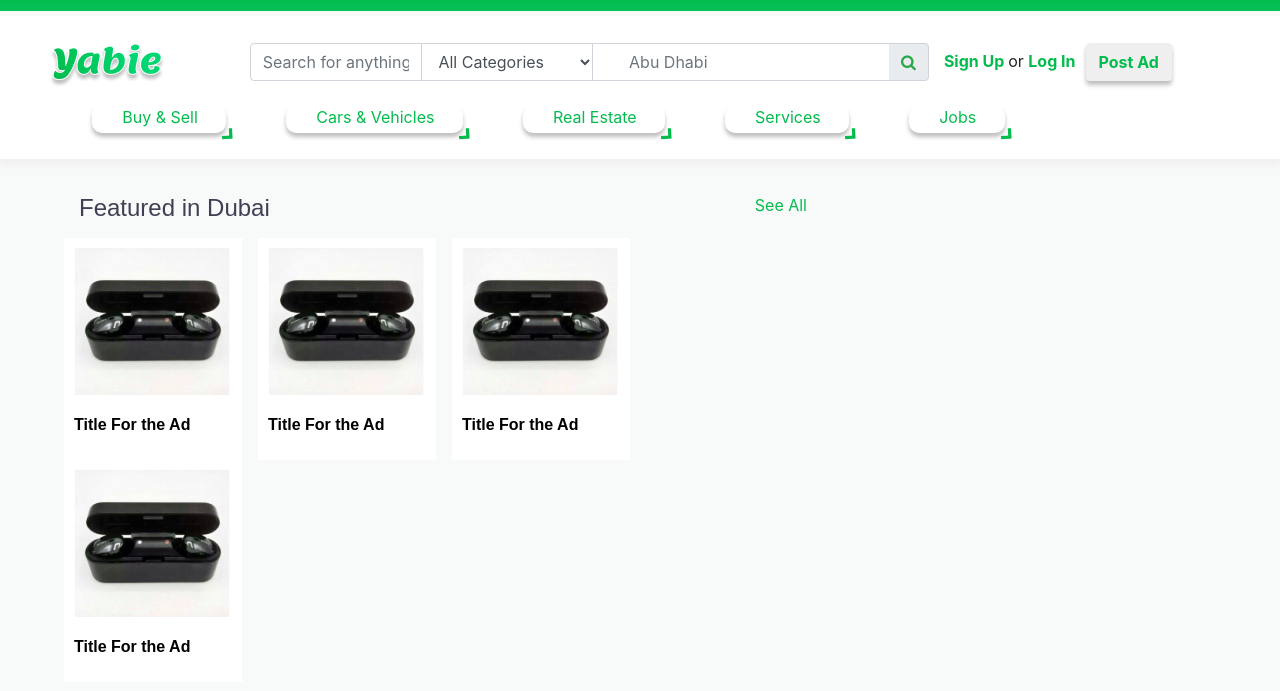
Repository: muazzamkha95/yabie
Page: homepage.html
An editor plug-in stored every save of this project. The page is shown before and after a run of saves, followed by the edit.
The browser window is 1280 px wide. The pictures show the whole page.

Above is the page before, as saved 2020-07-03 23:56:18.
Console error: TypeError: Cannot read properties of undefined (reading 'fn')

### homepage.html
<!DOCTYPE html>
<html lang="en">
<head>
    <meta charset="UTF-8">
    <meta name="viewport" content="width=device-width, initial-scale=1.0">
    <title>Home Page</title>

    <link rel="stylesheet" href="https://maxcdn.bootstrapcdn.com/bootstrap/4.0.0/css/bootstrap.min.css" integrity="sha384-Gn5384xqQ1aoWXA+058RXPxPg6fy4IWvTNh0E263XmFcJlSAwiGgFAW/dAiS6JXm" crossorigin="anonymous">
    <link rel="stylesheet" href="https://stackpath.bootstrapcdn.com/font-awesome/4.7.0/css/font-awesome.min.css" integrity="sha384-wvfXpqpZZVQGK6TAh5PVlGOfQNHSoD2xbE+QkPxCAFlNEevoEH3Sl0sibVcOQVnN" crossorigin="anonymous">
    <link href="css/main.css"  rel="stylesheet"></link>

</head>
<body>
        <div class="topBar"></div>
        <nav class="navbar">
            <div class="maincontainer">
                <div class="row">
                        <div class="col-md-2">
                            <img src="images/YabieLogo.png" alt="Yabie Logo" class="logo"/>
                        </div>
                        <div class="col-md-7">
                            <form class="form-inline" action="#">
                                <div class="input-group">
                                    <input type="text" class="form-control" placeholder="Search for anything" required>
                                    <select class="form-control border-right-0" required>
                                        <option>All Categories</option>
                                        <option value="a">A</option>
                                        <option value="b">B</option>
                                    </select>
                                    <div class="input-group">
                                        <div class="input-group-append">
                                            <span class="input-group-text bg-white text-success border-right-0"><i class="fa fa-map-marker-alt"></i></span>
                                        </div>
                                        <input type="text" class="form-control border-left-0 border-right-0" placeholder="Abu Dhabi" required>
                                        <div class="input-group-append">
                                            <button type="submit" class="input-group-text"><i class="fa fa-search text-success"></i></button>
                                        </div>
                                    </div>
                                </div>
                            </form>
                        </div>
                        <div class="col-md-3" >
                            <div class="row text-center">
                                <span style="padding-top: 6px;">
                                    <span class="btext"> Sign Up </span>  or <span class="btext">Log In</span>
                                </span>

                                <button class="btn btn-default btext pull-right boxshadow" style="margin-left: 10px;">Post Ad</button>
                            </div>
                        </div>

                </div>
                <div class="row mt-3" >
                    <span class="categoryTab">Buy & Sell <i class="keyboard_arrow_down_24px_rounded fa fa-chevron-right "></i></span>
                    <span class="categoryTab">Cars & Vehicles  <i class="keyboard_arrow_down_24px_rounded fa fa-chevron-right "></i></span>
                    <span class="categoryTab">Real Estate <i class="keyboard_arrow_down_24px_rounded fa fa-chevron-right "></i></span>
                    <span class="categoryTab">Services <i class="keyboard_arrow_down_24px_rounded fa fa-chevron-right "></i></span>
                    <span class="categoryTab">Jobs <i class="keyboard_arrow_down_24px_rounded fa fa-chevron-right "></i></span>
                </div>
            </div>
        </nav>

        <main  role="main" class="mainSection">
            <div class="row">
                <div class="col-md-8">
                    <div class="col-md-12">
                        <div class="row">
                            <div class="col-md-6 pull-left" >
                                <p class="sectionTitle">
                                    Featured in Dubai
                                </p>
                            </div>
                            <div class="col-md-6 pull-right" >
                                <p class="sectionSeeAll pull-right">See All</p>
                            </div>
                        </div>
                        <div class="row">
                            <div class="adcard  mr-3">
                                <img src="images/product.png">
                                <p class="adTitle">Title For the Ad</p>
                            </div>
                            <div class="adcard  mr-3">
                                <img src="images/product.png">
                                <p class="adTitle">Title For the Ad</p>
                            </div>
                            <div class="adcard  mr-3">
                                <img src="images/product.png">
                                <p class="adTitle">Title For the Ad</p>
                            </div>
                            <div class="adcard  mr-3">
                                <img src="images/product.png">
                                <p class="adTitle">Title For the Ad</p>
                            </div>

                        </div>
                    </div>


                </div>



                <!-- Ads Section -->
                <div class="col-md-4"></div>
            </div>

        </main>


</body>
<script src="https://maxcdn.bootstrapcdn.com/bootstrap/4.0.0/js/bootstrap.min.js" integrity="sha384-JZR6Spejh4U02d8jOt6vLEHfe/JQGiRRSQQxSfFWpi1MquVdAyjUar5+76PVCmYl" crossorigin="anonymous"></script>
<script src="js/main.js" type="text/javascript"></script>
</html>

### css/main.css
/* Body */
*{
    padding: 0;
    margin: 0;
}
body{
    background: #F8F9F9;

}

/* Main navbar css */

.topBar{

    position: absolute;
    width: 100%;
    height: 11px;
    left: 0px;
    top: 0px;

    background: linear-gradient(180deg, #04BC4E 0%, #15D57B 537.5%);
}


nav{
    position: absolute;
    width: 100%;
    height: 143px;
    left: 0px;
    top: 16px;
    background: #FFFFFF;
    box-shadow: 0px 6px 6px rgba(219, 214, 214, 0.25);
    padding-top: 20px;
}

.maincontainer{
    width: 95%;
    margin-left:auto;
    margin-right: auto;
}

.logo{
    height: 100;
}
.btext{
    font-weight: bold;
    color: #04BC4E;
}

.boxshadow{
    box-shadow: 0px 4px 4px rgba(0, 0, 0, 0.25);
}

.categoryTab{
    display: inline;
    box-shadow: 0px 4px 4px rgba(0, 0, 0, 0.25);
    background-color: #FFFFFF;
    color: #04BC4E;
    border-radius: 10px;
    margin-left: 60px;
    padding-left: 30px;


}
.keyboard_arrow_down_24px_rounded{
    position: relative;
    width: 24px;
    height: 24px;
    left:17px;
    top: 22px;
    transform: rotate(41.5deg);

}

/* Main section  */

.mainSection{
    width: 90%;
    margin-left: auto;
    margin-right: auto;
    margin-top: 50px;



}


.sectionTitle{

    font-family:sans-serif;
    font-style: normal;
    font-weight: 500;
    font-size: 24px;
    line-height: 29px;

    color: #3E4153;
}
.sectionSeeAll{
    color: #04BC4E;
}
/* Ad card  */

.adcard{
    background: #FFFFFF;
    padding: 10px;

}
.adTitle{
    font-family: sans-serif;
    font-style: normal;
    font-weight: bold;
    font-size: 16px;
    line-height: 19px;
    color: #000000;
    margin-top: 20px;
}

Loaded but not shown: js/main.js (no stored copy; drawn as an empty file)

After the next 4 saves:
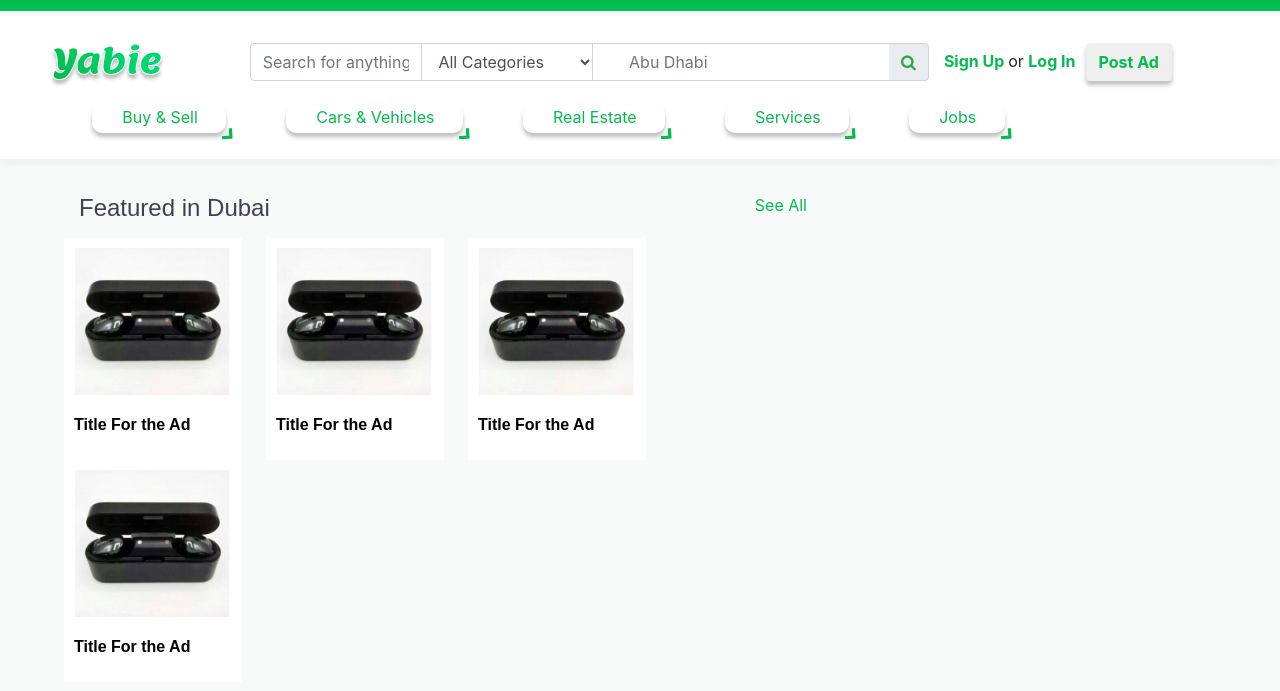
The 4 saves are shown as one change because they came seconds apart.
The last was saved 18 s later.
--- a/homepage.html
+++ b/homepage.html
@@ -75,19 +75,19 @@
                             </div>
                         </div>
                         <div class="row">
-                            <div class="adcard  mr-3">
+                            <div class="adcard  mr-4">
                                 <img src="images/product.png">
                                 <p class="adTitle">Title For the Ad</p>
                             </div>
-                            <div class="adcard  mr-3">
+                            <div class="adcard  mr-4">
                                 <img src="images/product.png">
                                 <p class="adTitle">Title For the Ad</p>
                             </div>
-                            <div class="adcard  mr-3">
+                            <div class="adcard  mr-4">
                                 <img src="images/product.png">
                                 <p class="adTitle">Title For the Ad</p>
                             </div>
-                            <div class="adcard  mr-3">
+                            <div class="adcard  mr-4">
                                 <img src="images/product.png">
                                 <p class="adTitle">Title For the Ad</p>
                             </div>

After the save that followed:
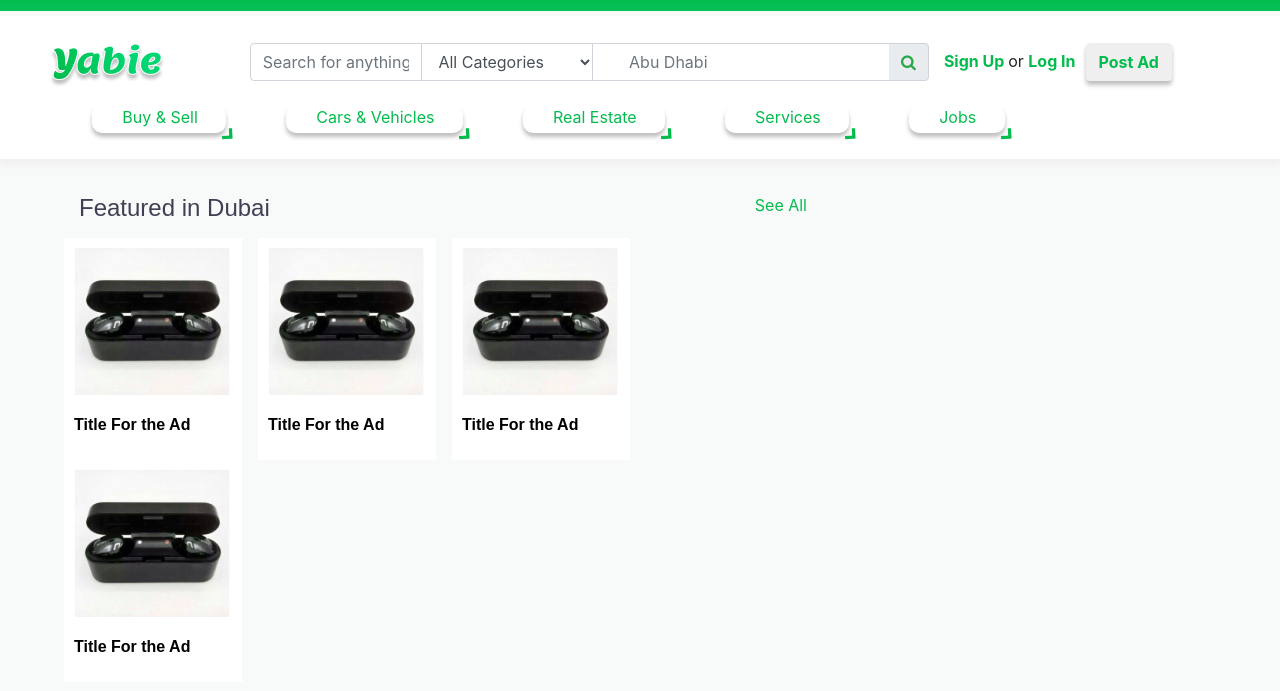
Saved 5 s later.
--- a/homepage.html
+++ b/homepage.html
@@ -75,19 +75,19 @@
                             </div>
                         </div>
                         <div class="row">
-                            <div class="adcard  mr-4">
+                            <div class="adcard  mr-3">
                                 <img src="images/product.png">
                                 <p class="adTitle">Title For the Ad</p>
                             </div>
-                            <div class="adcard  mr-4">
+                            <div class="adcard  mr-3">
                                 <img src="images/product.png">
                                 <p class="adTitle">Title For the Ad</p>
                             </div>
-                            <div class="adcard  mr-4">
+                            <div class="adcard  mr-3">
                                 <img src="images/product.png">
                                 <p class="adTitle">Title For the Ad</p>
                             </div>
-                            <div class="adcard  mr-4">
+                            <div class="adcard  mr-3">
                                 <img src="images/product.png">
                                 <p class="adTitle">Title For the Ad</p>
                             </div>
